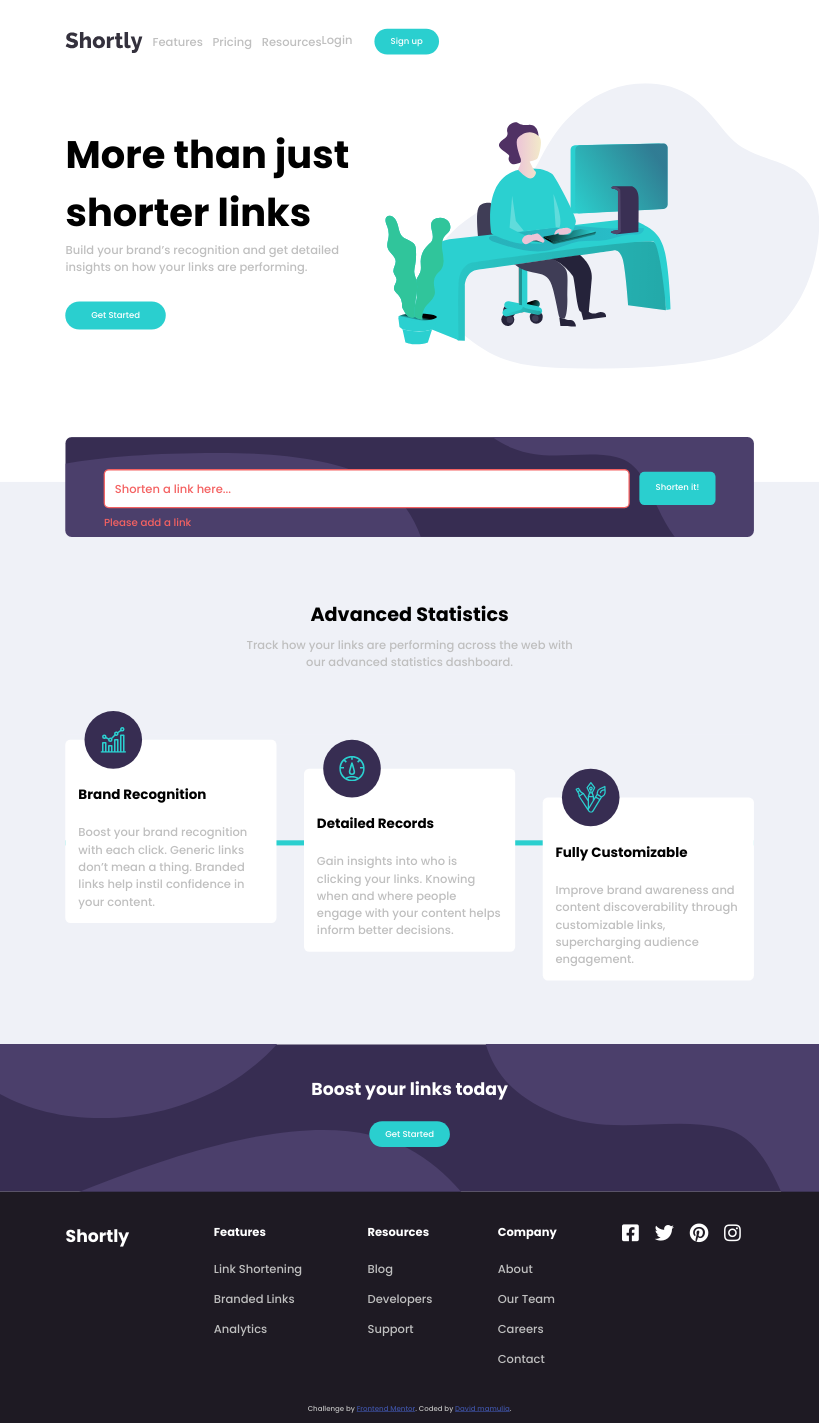
Repository: mamulini/URL-shortener
Page: index.html
These files come from the project's save history. The page is drawn as it stood at one moment and after the next save; the edit follows.
The browser window is 1280 px wide. The pictures show the whole page, at 64% of full size.
Some web libraries are served in a nearby version. The style sheet was rebuilt from its Sass, Less or Tailwind sources for each picture, by a compiler version that may differ from the author's.

Above is the page before, as saved 2020-04-17 15:38:56.

### index.html
<!DOCTYPE html>
<html lang="en">
<head>
  <meta charset="UTF-8">
  <meta name="viewport" content="width=device-width, initial-scale=1.0"> <!-- displays site properly based on user's device -->

  <link rel="icon" type="image/png" sizes="32x32" href="./images/favicon-32x32.png">
  <link rel="stylesheet" href="https://cdnjs.cloudflare.com/ajax/libs/font-awesome/5.13.0/css/all.min.css">
  <link rel="stylesheet" href="./sass/main.css">

  <title>Frontend Mentor | Shortly URL shortening API Challenge</title>

  <!-- Feel free to remove these styles or customise in your own stylesheet 👍 -->

</head>
<body>
  <header class="header container">
    <a href="/" class="header__logo"><img src="./images/logo.svg" alt="logo">
    </a>
    <nav class="nav">
      <ul class="nav__menu">
        <li class="nav__item"><a class="nav__link" href="#">Features</a></li>
        <li class="nav__item"><a class="nav__link" href="#">Pricing</a></li>
        <li class="nav__item"><a class="nav__link" href="#">Resources</a></li>
      </ul>
    </nav>
    <div class="user">
      <a class="user__login" href="#" >Login</a>
      <button class="user__sign-up btn--blue" type="button">Sign up</button>
    </div>

  </header>
  <main class="main">
    <div class="intro">
      <div class="intro__description">
        <h1 class="intro__title">More than just shorter links</h1>
        <p class="intro__subtitle">Build your brand’s recognition and get detailed <br> insights
          on how your links are performing.</p>
        <button class="intro__btn btn--blue">Get Started</button>

      </div>
      <div class="intro__img">
        <img src="./images/illustration-working.svg" alt="image">
      </div>
    </div>
    <div class="shorten ">
      <div class="shorten__handler container">
        <form class="shorten__form">
          <input class="shorten__input" type="url" pattern="https://.*" value="" placeholder="Shorten a link here...">
          <button class="shorten__btn btn--blue" type="button">Shorten it!</button>

        </form>
        <p class="shorten__subtitle">Please add a link</p>
      </div>
      <div class="shorten__links container"></div>
    </div>
    <div class="statistics ">
      <h2 class="statistics__title">Advanced Statistics</h2>
      <p class="statistics__subtitle">Track how your links are performing across the web with our
        advanced statistics dashboard.</p>
      <div class="blocks_wrapper container">
        <hr class="blocks_wrapper__line">
        <div class="block block--1">
          <div class="block__icon">
            <img src="./images/icon-brand-recognition.svg" alt="icon" >
          </div>
          <h3 class="block__title">Brand Recognition</h3>
          <p class="block__subtitle">Boost your brand recognition with each click. Generic links don’t
            mean a thing. Branded links help instil confidence in your content.</p>
        </div>
        <div class="block block--2">
          <div class="block__icon">
            <img src="./images/icon-detailed-records.svg" alt="icon" >
          </div>
          <h3 class="block__title">Detailed Records</h3>
          <p class="block__subtitle">Gain insights into who is clicking your links. Knowing when and where
            people engage with your content helps inform better decisions.</p>
        </div>
        <div class="block block--3">
          <div class="block__icon">
            <img src="./images/icon-fully-customizable.svg" alt="icon" >
          </div>
          <h3 class="block__title">Fully Customizable</h3>
          <p class="block__subtitle">Improve brand awareness and content discoverability through customizable
            links, supercharging audience engagement.</p>
        </div>

      </div>
    </div>
    <div class="link_booster">
      <h2 class="link_booster__title">Boost your links today</h2>
      <button class="link_booster__btn btn--blue">Get Started</button>
    </div>
  </main>
  <div class="footer">
    <div class="footer__wrapper container">
      <h2 class="footer__logo">Shortly</h2>
    <div class="footer__nav-wrapper">
      <h3 class="footer__nav-title">Features</h3>
      <ul class="footer__nav-list">
        <li class="footer__nav-li"><a class="footer__nav-link" href="#">Link Shortening</a></li>
        <li class="footer__nav-li"><a class="footer__nav-link" href="#">Branded Links</a></li>
        <li class="footer__nav-li"><a class="footer__nav-link" href="#">Analytics</a></li>
      </ul>
    </div>
    <div class="footer__nav-wrapper">
      <h3 class="footer__nav-title">Resources</h3>
      <ul class="footer__nav-list">
        <li class="footer__nav-li"><a class="footer__nav-link" href="#">Blog</a></li>
        <li class="footer__nav-li"><a class="footer__nav-link" href="#">Developers</a></li>
        <li class="footer__nav-li"><a class="footer__nav-link" href="#">Support</a></li>
      </ul>
    </div>
    <div class="footer__nav-wrapper">
      <h3 class="footer__nav-title">Company</h3>
      <ul class="footer__nav-list">
        <li class="footer__nav-li"><a class="footer__nav-link" href="#">About</a></li>
        <li class="footer__nav-li"><a class="footer__nav-link" href="#">Our Team</a></li>
        <li class="footer__nav-li"><a class="footer__nav-link" href="#">Careers</a></li>
        <li class="footer__nav-li"><a class="footer__nav-link" href="#">Contact</a></li>
      </ul>
    </div>
    <div class="footer__icons-wrapper">
      <a href="#"><i class="fab fa-facebook-square footer__icon"></i></a>
      <a href="#"><i  class="fab fa-twitter footer__icon"></i></a>
      <a href="#"><i class="fab fa-pinterest footer__icon"></i></a>
      <a href="#"><i class="fab fa-instagram footer__icon"></i></a>
    </div>

    </div>
    <div class="attribution">
      Challenge by <a href="https://www.frontendmentor.io?ref=challenge" target="_blank">Frontend Mentor</a>.
      Coded by <a href="#">David mamulia</a>.
    </div>
  </div>
  <script src="./js/main.js"></script>
</body>
</html>

### JS/main.js
const input = document.querySelector('.shorten__input');
const shortenBtn = document.querySelector('.shorten__btn');

input.addEventListener("focus", () => {
    input.value = "https://";
});

class ShortLinks {
    constructor(url, shortUrl){
        this.url = url;
        this.shortUrl = shortUrl;
    }

    static render(obj){
        const content = `
            <div class="shorten__genarate">
                <span class="shorten__long-link">${obj.url}</span>
                <a class="shorten__short-link" href="${obj.shortUrl}" target="_blank">${obj.shortUrl}</a>
                <button class="shorten__copy btn--blue">Copy</button>
                <span class="shorten__close"><i class="fas fa-window-close"></i></i></span >
            </div>
        `;

        document.querySelector(".shorten__links").insertAdjacentHTML("afterbegin", content);
    }
}


let storedLinks = (JSON.parse(localStorage.getItem("locaLinks")));

if (storedLinks){
    storedLinks.forEach(link => {
        ShortLinks.render(link);
    });
}else{ storedLinks = []; }



shortenBtn.addEventListener("click", () => {
    async function inputHandle(){
        const res = await fetch("https://rel.ink/api/links/", {
            method:"POST",
            body: JSON.stringify( {url: `${input.value}`} ),
            headers: { 'Content-Type': 'application/json' }
        });

        if (res.status > 200 && res.status < 400){
            const data = await res.json();

            storedLinks.push(new ShortLinks(input.value, `https://rel.ink/${data.hashid}`));
            input.value = "";

            //save to localStorage
            localStorage.setItem("locaLinks", JSON.stringify(storedLinks));

            ShortLinks.render(storedLinks[storedLinks.length - 1]);
        }else{
            document.querySelector(".shorten__subtitle").innerText = 'Link is not valid';


            setTimeout(() => {
                document.querySelector(".shorten__subtitle").innerText = 'Please add a link';

            }, 2000);
        }
    }

    inputHandle();
});


input.addEventListener("keypress", e => {
    if (e.keyCode === 13) {
        e.preventDefault();
        shortenBtn.click();
    }
  });



document.querySelector(".shorten__links").addEventListener("click", (e) => {
    if (e.target.classList.contains("fa-window-close")){
        const delUrl = e.target.parentNode;
        storedLinks = storedLinks.filter(link => link.shortUrl == delUrl);
        //save to localStorage
        localStorage.setItem("locaLinks", JSON.stringify(storedLinks));
        //disappear from DOM
        e.target.parentNode.parentNode.remove();
    }
});

document.querySelector(".shorten").addEventListener("click", (e) => {
    if (e.target.innerText == "Copy"){
        //turn all copy buttons to "Copy" again (in case of they are not)
        const copyButtons = document.querySelectorAll(".shorten__handler div button");

        for (let i = 0; i < copyButtons.length; i++){
            console.log(copyButtons[i]);
            copyButtons[i].style.backgroundColor = "hsl(180, 66%, 49%)";
            copyButtons[i].innerText = "Copy";
        }

        e.target.style.backgroundColor = "hsl(257, 27%, 26%)";
        e.target.innerText = "Copied!";

        //copy shorten link to keyboard
        const copy = e.target.previousElementSibling.innerHTML;
        const input = document.createElement('textarea');
        document.body.appendChild(input);
        input.value = copy;
        input.select();
        document.execCommand('Copy');
        input.remove();
    }
});

### sass/main.scss
@import url('https://fonts.googleapis.com/css2?family=Poppins:wght@500;700&display=swap');

// colors
$text_gray: hsl(0, 0%, 75%);
$cyan_btn:  hsl(180, 66%, 49%);
$dark_bg : #372d52;
$dark_blue: #1e1a23;
$red : hsl(0, 87%, 67%);
$light_bg: #eff1f7;

* {
    padding: 0;
    margin: 0;
    box-sizing: border-box;
}

body{
    font-size: 18px;
    font-family: 'poppins', sans-serif;
    font-weight: 500;

}

img {
    max-width: 100%;
}

.container {
    max-width: 84%;
    margin: 0 auto;
}

.header {
    margin-top: 40px;
    margin-bottom: 40px;
    display: flex;
    justify-content: flex-start;
    align-items: center;
    &__logo{
        // flex: 0 0 25%;
        max-width: 150px;
        margin-top: 10px;
    }
}

.nav{
    // flex: 0 0 25%;
    &__menu{
        display: flex;
        justify-content: space-between;
        list-style: none;

    }

    &__item{
        margin-left: 15px;
    }

    &__link{
        text-decoration: none;
        color: $text_gray;
        &:hover{
            color: #000000;
        }
    }
}

.user{
    // flex: 0 0 50%;
    text-align: right;


    &__login{
        color: $text_gray;
        margin-right: 30px;
        text-decoration: none;
        &:hover{
            color: #000000;
        }
    }
}

.btn--blue{
    padding: 10px 25px;
    border: none;
    cursor: pointer;
    display: inline-block;
    border-radius: 50px;
    background: $cyan_btn;
    outline: none;
    color: #ffffff;
    font-family: 'poppins', sans-serif;
    font-weight: 500;

    &:hover{
        opacity: .5;
    }

    &:active{
        transform: scale(0.90);
    }
}

.intro{
    display: flex;
    justify-content: space-between;

    &__description{
        display: flex;
        flex-direction: column;
        justify-content: center;
        align-items: flex-start;
        max-width: 500px;
        margin-left: 8%;
    }

    &__title {
        font-size: 60px;
    }

    &__subtitle {
        text-align-last: left;
        color: $text_gray;
    }

    &__btn{
        margin-top: 40px;
        padding: 12px 40px;
    }
}

.shorten{
    background: $light_bg;
    margin-top: 170px;

    &__handler{
        background-image: url('../images/bg-shorten-desktop.svg');
        background-position: center;
        background-size: cover;
        background-color: $dark_bg;
        border-radius: 10px;
        position: relative;
        top: -70px;
        margin-bottom: -60px;
    }

    &__form{
        display: flex;
        justify-content: space-between;
        align-items: center;
        padding: 50px 60px 0 60px;
        flex-wrap: wrap;
    }

    &__subtitle{
        padding:10px 60px ;
        font-size: 16px;
        color: $red;
    }

    &__input{
        flex: 1;
        padding: 15px;
        border-radius: 8px;
        margin-right: 15px;
        font-family:'poppins', sans-serif;
        border: 2px solid $red;
        outline: none;
        font-size: 18px;
         &::placeholder{
            color: $red;
         }
    }

    &__btn{
        border-radius: 8px;
        padding-top: 15px;
        padding-bottom: 17px;
    }

    &__subtitle{
        align-self: flex-end;
    }

    &__links{
        background: $light_bg;
    }



    &__genarate{
        list-style: none;
        display: flex;
        justify-content: space-between;
        align-items: center;
        background: #ffffff;
        border-radius: 8px;
        padding: 15px;
        margin-top: 20px;
    }

    &__long-link{
        flex: 1;
        overflow: hidden;
    }

    &__short-link{
        padding: 15px;
        color: $cyan_btn;
    }

    &__copy{
        margin-right: 10px;
        border-radius: 8px;
        padding: 8px 15px;
    }

    &__close{
        cursor: pointer;
    }
}

.statistics{
    background: $light_bg;
    text-align: center;
    padding-top: 90px;
    padding-bottom: 100px;


    &__title {
        font-size: 30px;
    }
    &__subtitle{
        max-width: 520px;
        margin: 10px auto;
        color: $text_gray;
    }
}

.blocks_wrapper {
    display: flex;
    justify-content: space-between;
    flex-wrap: wrap;
    background: $light_bg;
    margin-top: 100px;
}

.block{
    flex: 0 0 calc(33% - 25px);
    background: #ffffff;
    height: 30%;
    text-align: left;
    border-radius: 8px;
    z-index: 1;


    &--2{
        margin-top: 45px;
    }
    &--3{
        margin-top: 90px;
    }
    &__icon{
        background: $dark_bg ;
        padding: 20px;
        border-radius: 100%;
        display: inline-block;
        width: 90px;
        height: 90px;
        display: flex;
        justify-content: center;
        align-items: center;
        margin-left: 30px;
        transform:translateY(-45px);
    }
    &__title{
        padding:0 30px 30px 20px;
        margin-top: -20px;
    }
    &__subtitle{
        padding: 0 20px 20px;
        line-height: 1.5;
        color: $text_gray;
    }
}

.blocks_wrapper__line{
    border: 4px solid $cyan_btn;
    transform:translateY(165px);
    position: relative;
    flex: 100%;

}

.link_booster{
    text-align: center;
    background: $dark_bg url('../images/bg-boost-desktop.svg') no-repeat center;
    // background-size: cover;
    height: 230px;

    &__title{
        color: #ffffff;
        padding-top: 50px;
    }
    &__btn{
        margin-top: 30px;
        &:hover{
            opacity: .7;
        }
    }
}


.footer{
    background: $dark_blue;
    &__wrapper{
        padding-top: 50px;
        display: flex;
        justify-content: space-between;

    }

    &__logo {
        color: #ffffff;
        padding-right: 30px;

    }

    &__nav-wrapper{
        margin-bottom: 40px;
    }

    &__nav-list{
        list-style: none;

    }

    &__nav-li {
        padding-top: 20px;
    }

    &__nav-title{
        color: #ffffff;
        padding-bottom: 10px;
        font-size: 18px;

    }

    &__nav-link{
        text-decoration: none;
        color: $text_gray;
        margin-top: 30px;
        &:hover{
            color: $cyan_btn;
        }
    }

    &__icon{
        color: #ffffff;
        padding-right: 20px;
        font-size: 30px;
        &:hover{
            color: $cyan_btn;
        }
    }
}

.attribution { font-size: 11px; text-align: center; color: $text_gray; padding: 15px; }
.attribution a { color: hsl(228, 45%, 44%); }

After the next save:
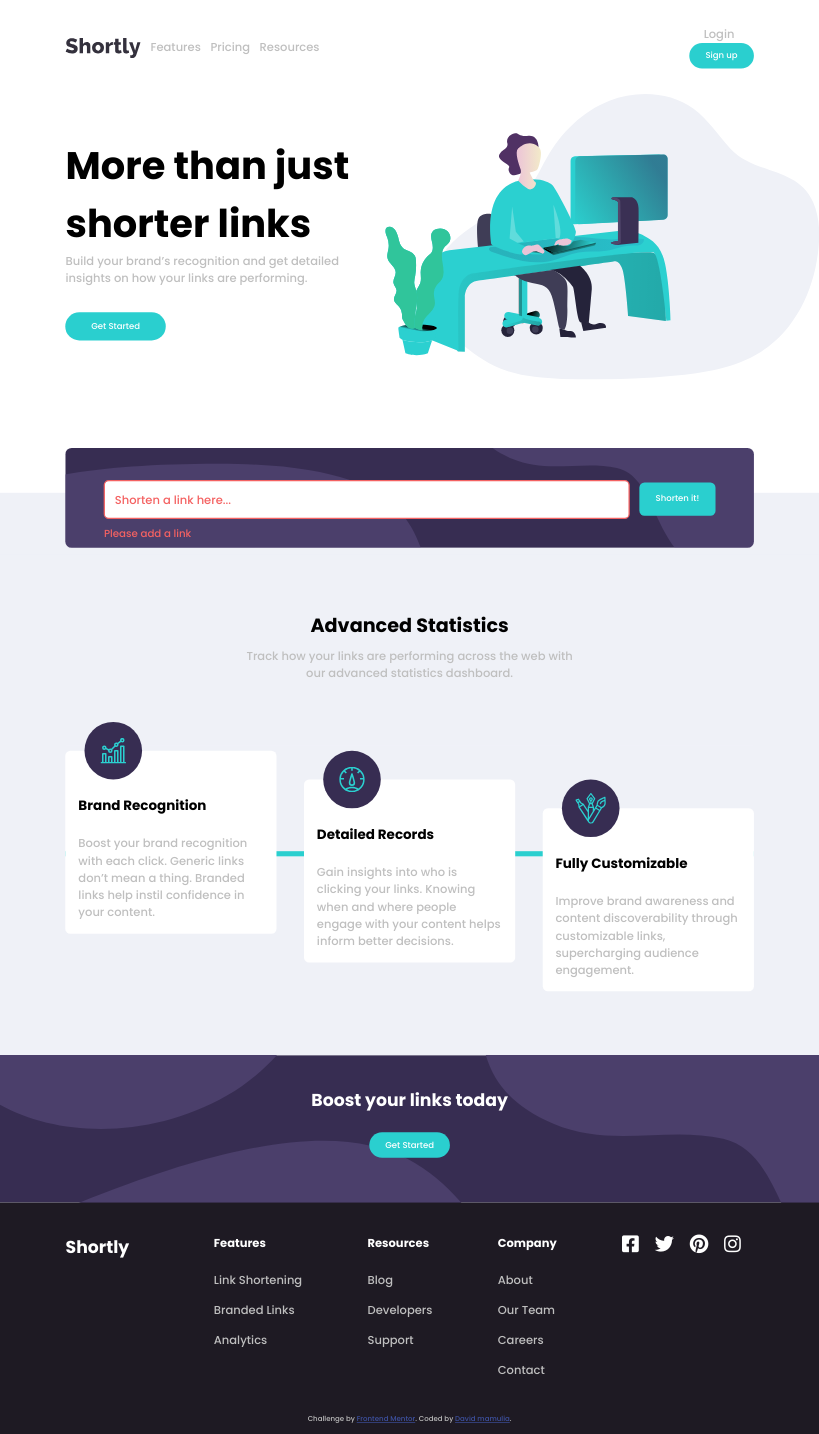
Saved 37 s later.
--- a/sass/main.scss
+++ b/sass/main.scss
@@ -48,7 +48,7 @@
     &__menu{
         display: flex;
         justify-content: space-between;
-        list-style: none;
+        list-style: none;margin-right: 500px;
 
     }
 

After the save that followed:
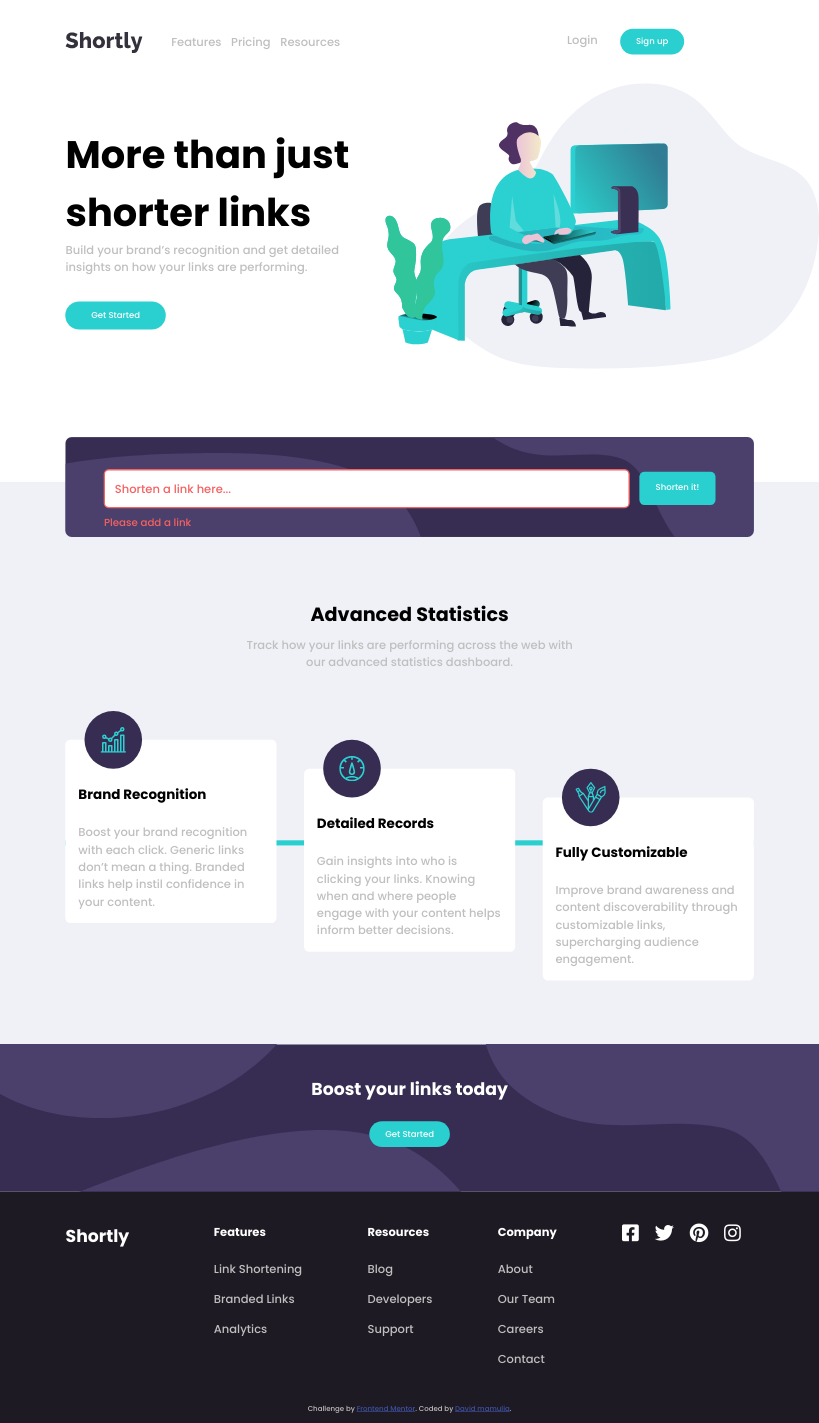
Saved 18 s later.
--- a/sass/main.scss
+++ b/sass/main.scss
@@ -37,18 +37,18 @@
     justify-content: flex-start;
     align-items: center;
     &__logo{
-        // flex: 0 0 25%;
+        flex: 0 0 25%;
         max-width: 150px;
         margin-top: 10px;
     }
 }
 
 .nav{
-    // flex: 0 0 25%;
+    flex: 0 0 25%;
     &__menu{
         display: flex;
         justify-content: space-between;
-        list-style: none;margin-right: 500px;
+        list-style: none;
 
     }
 
@@ -66,7 +66,7 @@
 }
 
 .user{
-    // flex: 0 0 50%;
+    flex: 0 0 50%;
     text-align: right;
 
 
